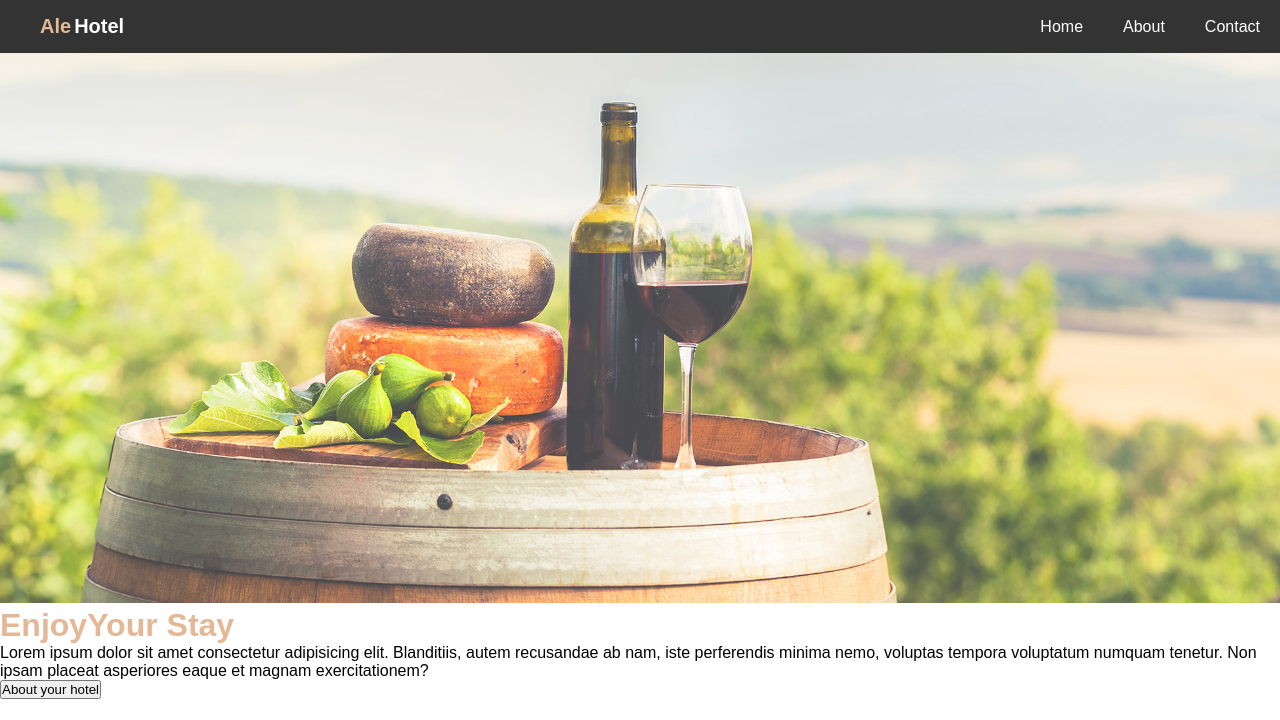
Repository: Ngoc28/HTML-CSS
Page: aleHoltel/index.html
These files come from the project's save history. The page is drawn as it stood at one moment and after the next save; the edit follows.
The browser window is 1280 px wide. The pictures show the whole page.

Above is the page before, as saved 2023-08-05 23:23:28.

### aleHoltel/index.html
<!DOCTYPE html>
<html lang="en">
<head>
    <meta charset="UTF-8">
    <meta name="viewport" content="width=device-width, initial-scale=1.0">
    <title>Ale Hotel</title>
    <link rel="stylesheet" href="./style.css">
</head>
<body>
    <header>
        <div class="header-logo">
            <h1 class="heading">Ale<span>Hotel</span></h1>
        </div>
        <nav class="header-nav">
            <ul class="nav-link">
                <li class="nav-item"><a href="">Home</a></li>
                <li class="nav-item"><a href="">About</a></li>
                <li class="nav-item"><a href="">Contact</a></li>
            </ul>
        </nav>
    </header>
    <main>
        <div class="container">
            <div class="about">
                <div class="about-img">
                    <img src="./img/banner1.jpg" alt="About us" height="550px" width="100%">
                </div>
                <div class="about-introduce">
                    <h1 class="about-heading">Enjoy<span>Your Stay</span></h1>
                    <p class="about-text">
                        Lorem ipsum dolor sit amet consectetur adipisicing elit. Blanditiis, autem recusandae ab nam, iste perferendis minima nemo, voluptas tempora voluptatum numquam tenetur. Non ipsam placeat asperiores eaque et magnam exercitationem?
                    </p>
                    <button class="about-btn">About your hotel</button>
                </div>
            </div>
        </div>
    </main>
</body>
</html>

### aleHoltel/style.css
*{
    margin: 0;
    padding: 0;
    box-sizing: border-box;
}

body {
    font-family:Arial, Helvetica, sans-serif;
}

header {
    display: flex;
    justify-content: space-between;
    align-items: center;
    background-color: #333333;
}

.header-logo {

}

.header-logo > .heading {
    padding: 15px 40px;
    font-size: 20px;
    color: #e5b895;
}

.heading span {
    color: #fff;
    padding-left: 3px;
}

.header-nav {
    display: block;
}

.nav-link {
    display: flex;
}

.nav-item {
    display: block;
}

.nav-item a {
    padding: 15px 20px;
    color: #fff;
    text-decoration: none;
    display: block;
}

.nav-item a:hover {
    background: #bd0a0a;
}

/* Container */
.container {

}

.about {

}

.about-img img {
    object-fit: cover;
    opacity: .8;
}

.about-introduce {

}

.about-heading {
    color: #e5b895;
}

.about-heading span {

}

After the next save:
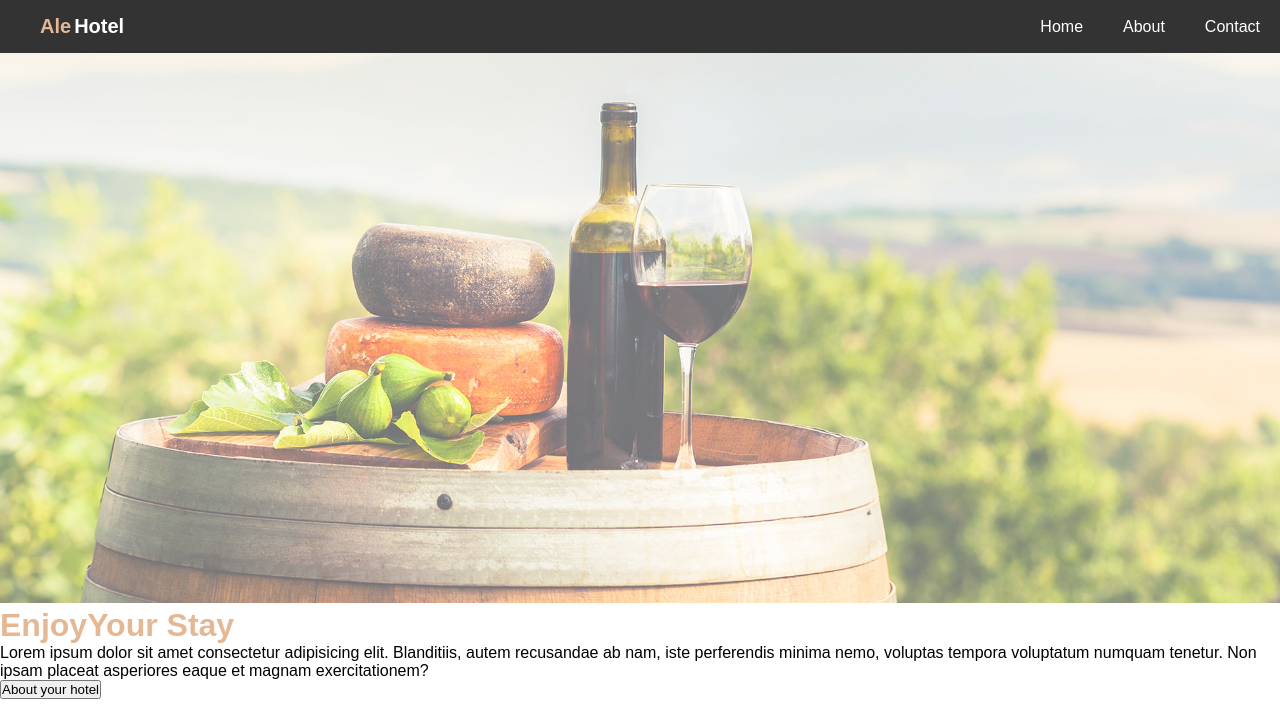
Saved 10 s later.
--- a/aleHoltel/style.css
+++ b/aleHoltel/style.css
@@ -64,7 +64,7 @@ header {
 
 .about-img img {
     object-fit: cover;
-    opacity: .8;
+    opacity: .6;
 }
 
 .about-introduce {
